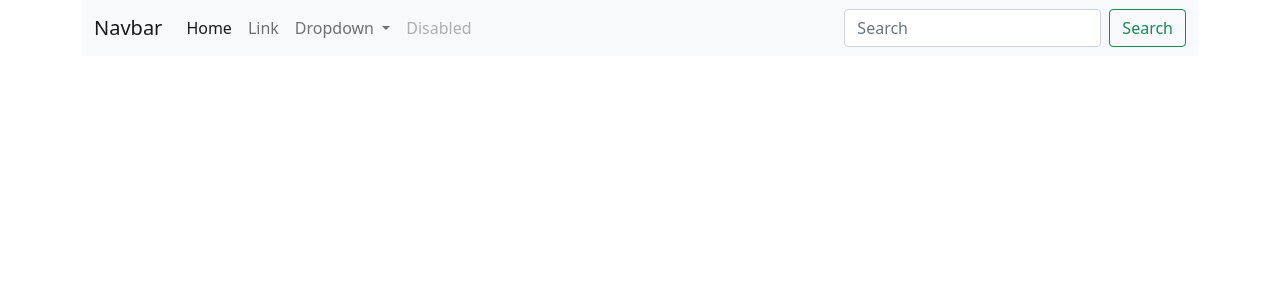
Repository: Tanmoy4672/Hibernate
Page: http://localhost/NoteTaker/
These files come from the project's save history. The page is drawn as it stood at one moment and after the next save; the edit follows.
The browser window is 1280 px wide. The pictures show the whole page.
The page is served by Tomcat 9.

Above is the page before, as saved 2021-12-15 20:44:33.

After the next save:
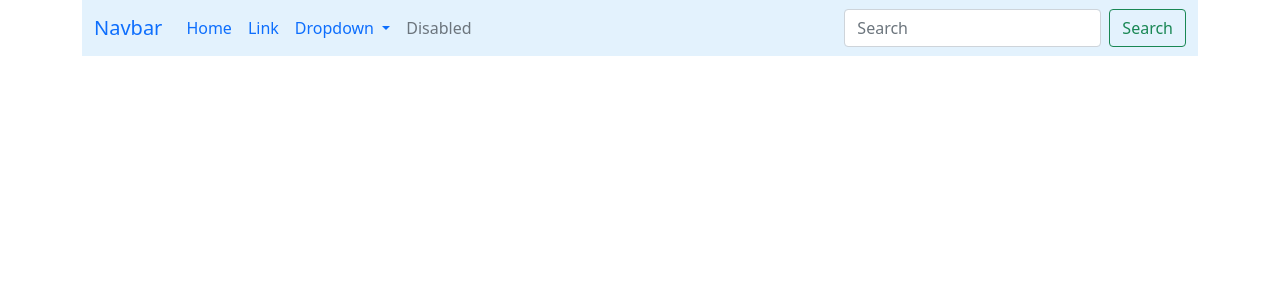
Saved 31 s later.
--- a/NoteTaker/src/main/webapp/Navbar.jsp
+++ b/NoteTaker/src/main/webapp/Navbar.jsp
@@ -1,4 +1,4 @@
-<nav class="navbar navbar-expand-lg navbar-light bg-light" style="background-color: #e3f2fd;">
+<nav class="navbar navbar-expand-lg" style="background-color: #e3f2fd;">
 	<div class="container-fluid">
 		<a class="navbar-brand" href="#">Navbar</a>
 		<button class="navbar-toggler" type="button" data-bs-toggle="collapse"
